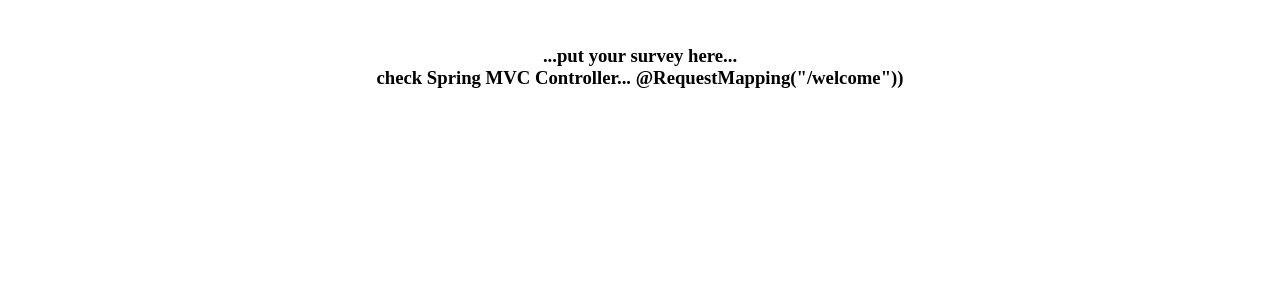
Repository: onlinechetan/WayOfBeing
Page: http://localhost/wayofbeing/
These files come from the project's save history. The page is drawn as it stood at one moment and after the next save; the edit follows.
The browser window is 1280 px wide. The pictures show the whole page.
The page is served by Tomcat 9.

Above is the page before, as saved 2015-11-02 20:44:50.

After the next save:
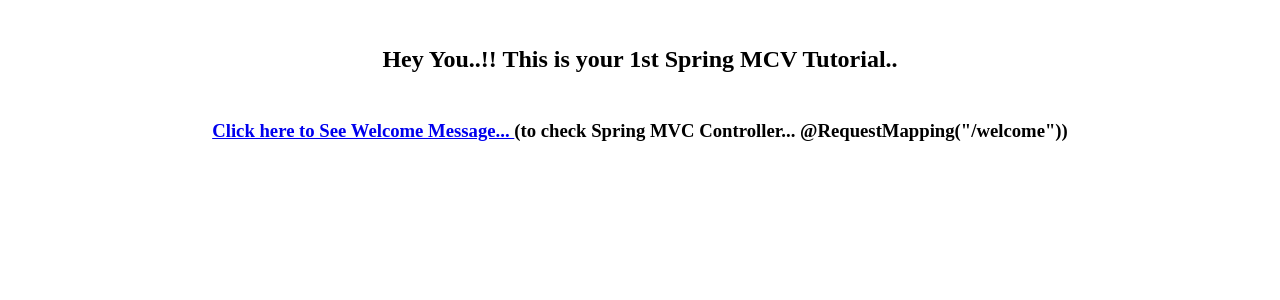
Saved 3 min 41 s later.
--- a/wayofbeing/WebContent/index.jsp
+++ b/wayofbeing/WebContent/index.jsp
@@ -1,6 +1,6 @@
 <html>
 <head>
-<title>Way of Being </title>
+<title>Spring MVC </title>
 <style type="text/css">
 
 </style>
@@ -8,9 +8,11 @@
 <body>
 	<br>
 	<div style="text-align:center">
+		<h2>
+			Hey You..!! This is your 1st Spring MCV Tutorial..<br> <br>
+		</h2>
 		<h3>
-			...put your survey here...
-			<br>
+			<a href="welcome.html">Click here to See Welcome Message... </a>(to
 			check Spring MVC Controller... @RequestMapping("/welcome"))
 		</h3>
 	</div>
